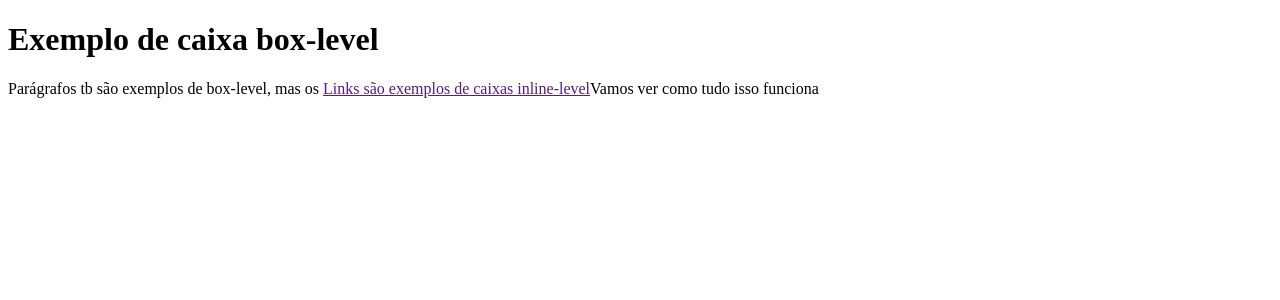
Repository: DorivalJunior14/exercicios
Page: ex.caixas.html/ex.caixas.html
An editor plug-in stored every save of this project. The page is shown before and after the next save, followed by the edit.
The browser window is 1280 px wide. The pictures show the whole page.

Above is the page before, as saved 2021-05-12 15:58:19.

After the next save:
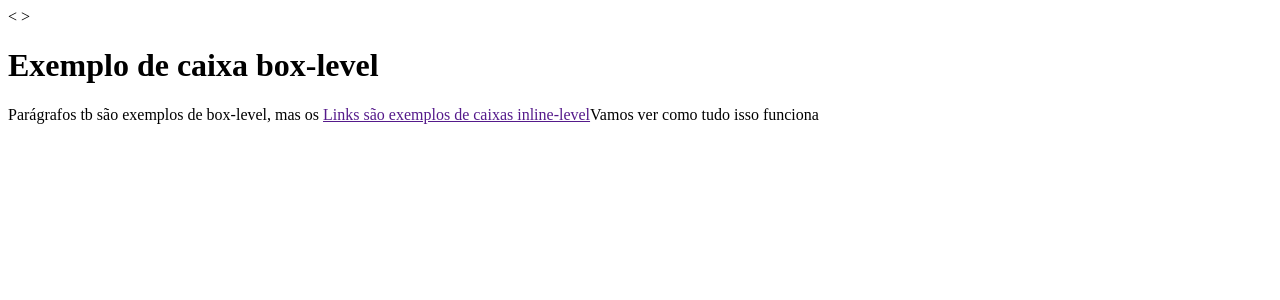
Saved 5 s later.
--- a/ex.caixas.html/ex.caixas.html
+++ b/ex.caixas.html/ex.caixas.html
@@ -5,7 +5,9 @@
     <meta name="viewport" content="width=device-width, initial-scale=1.0">
     <title>Modelos de Caixas</title>
 </head>
-<bo>
+<<body>
+
+</body>>
     <h1>Exemplo de caixa box-level</h1>
     <p>Parágrafos tb são exemplos de box-level, mas os <a href="">Links são exemplos de caixas inline-level</a>Vamos ver como tudo isso funciona</p>
 
